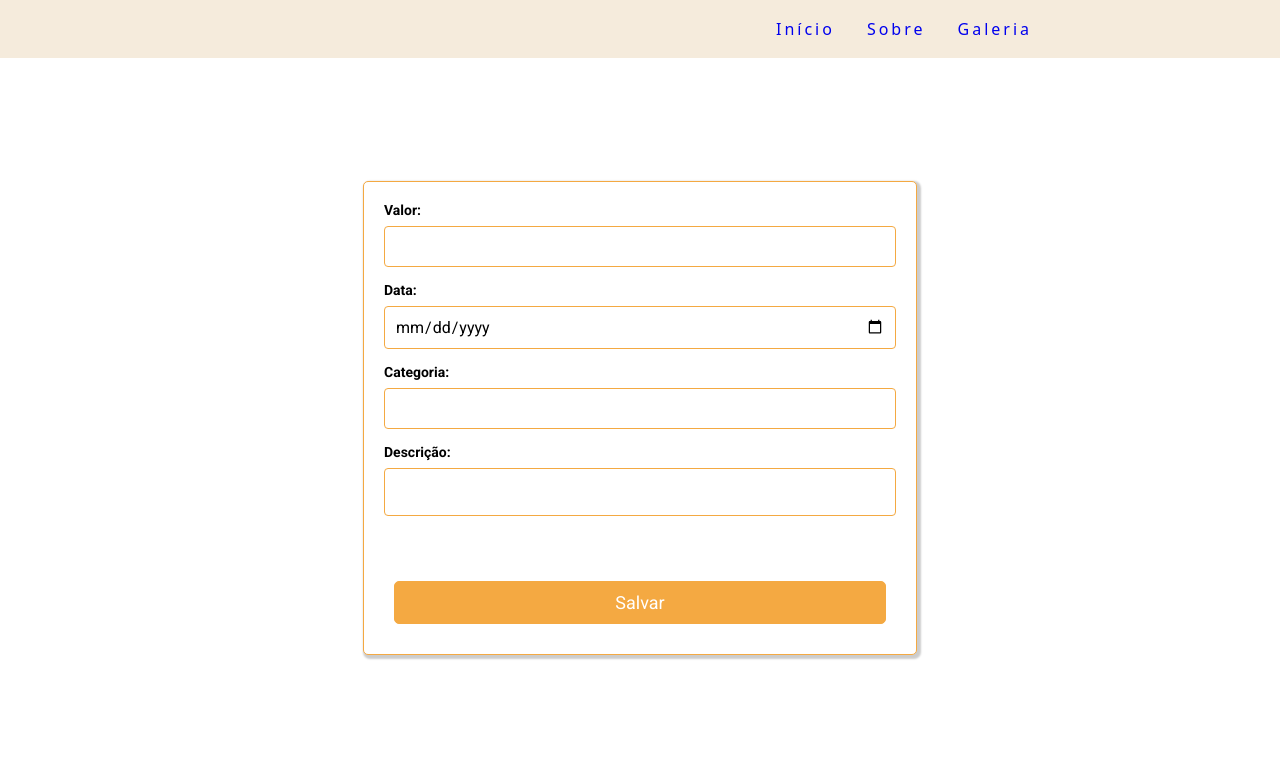
Repository: alexsanderkafka/java-servlets
Page: http://localhost/SaveMoney/cadastrarDespesa.jsp
An editor plug-in stored every save of this project. The page is shown before and after a run of saves, followed by the edit.
The browser window is 1280 px wide. The pictures show the whole page.
The page is served by Tomcat 9. Nobody is signed in. The application's start-up code is not run.

Above is the page before, as saved 2024-10-03 13:08:23.

After the next 2 saves:
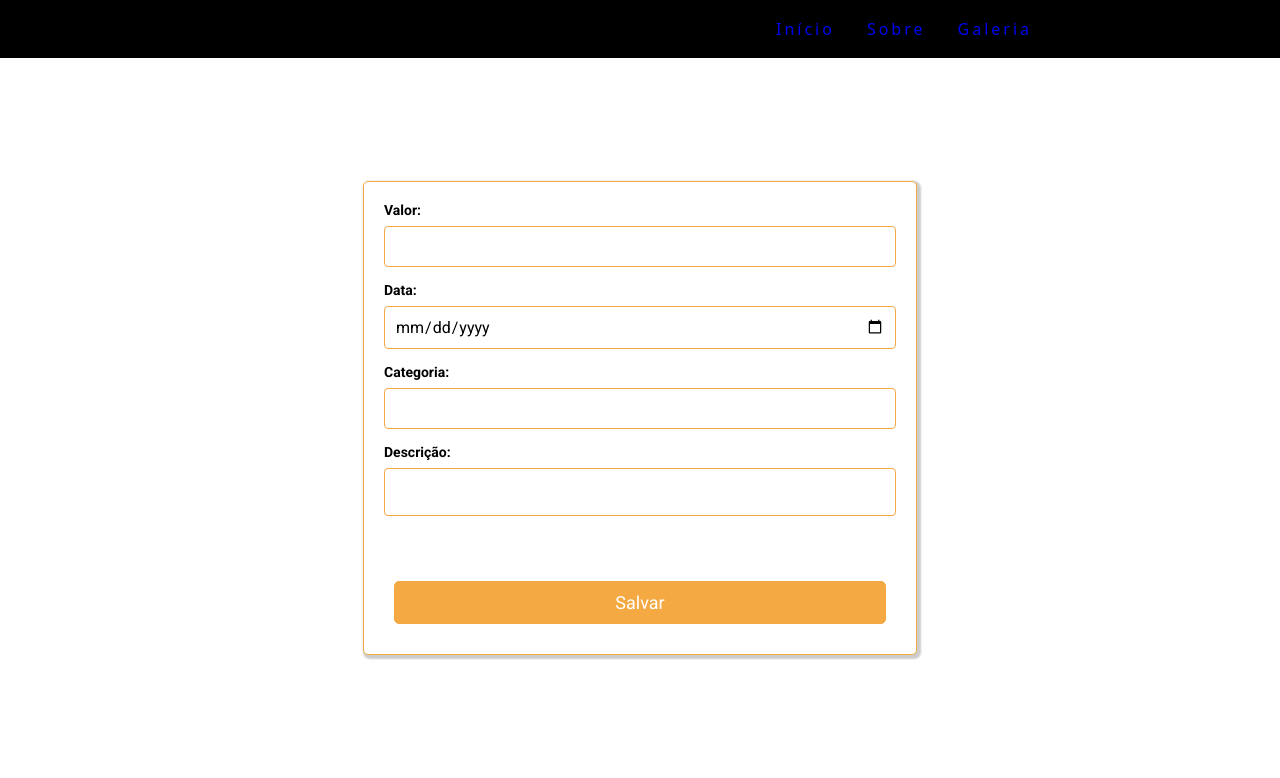
The 2 saves are shown as one change because they came seconds apart.
The last was saved 12 s later.
--- a/SaveMoney/src/main/webapp/styles/style.css
+++ b/SaveMoney/src/main/webapp/styles/style.css
@@ -30,7 +30,7 @@
     justify-content: space-around;
     align-items: center;
     font-family: system-ui, -apple-system, Helvetica, Arial, sans-serif;
-    background: #F5EBDC;
+    background: black;
     height: 8vh;
 }
 

After the save that followed:
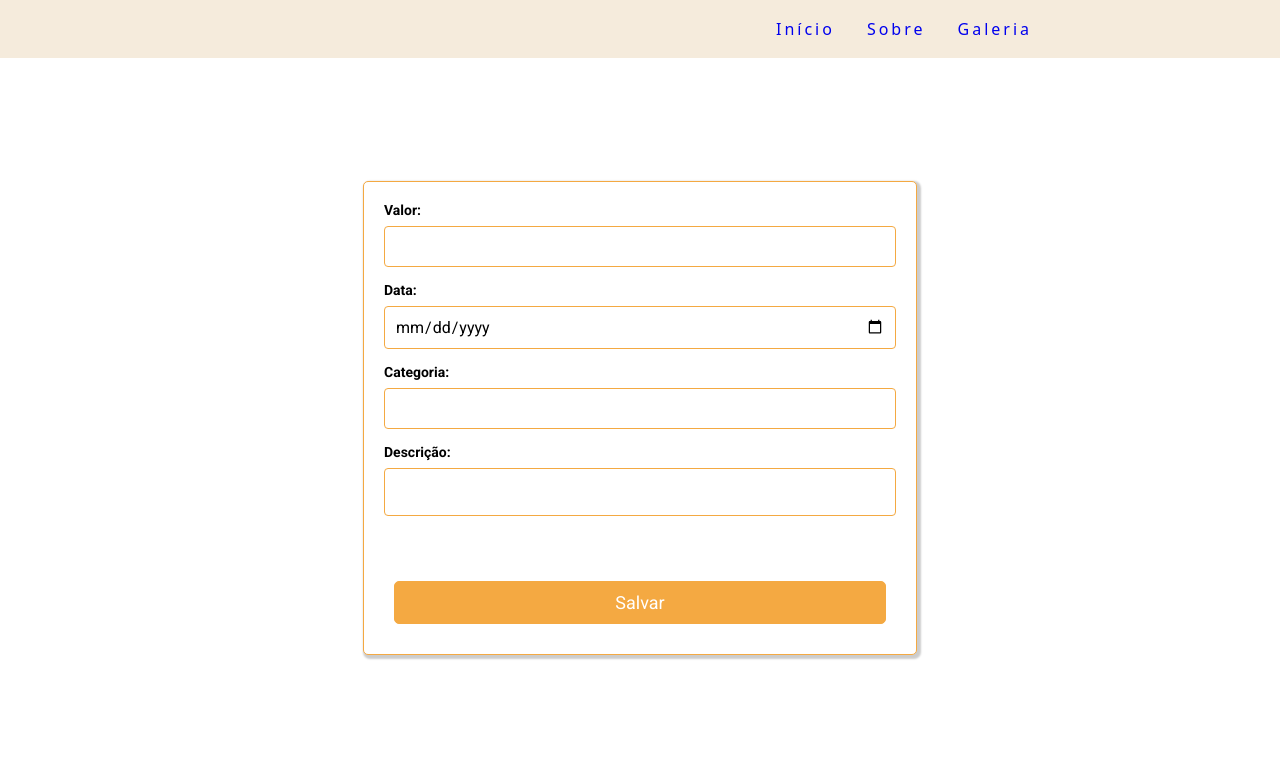
Saved 10 s later.
--- a/SaveMoney/src/main/webapp/styles/style.css
+++ b/SaveMoney/src/main/webapp/styles/style.css
@@ -30,7 +30,6 @@
     justify-content: space-around;
     align-items: center;
     font-family: system-ui, -apple-system, Helvetica, Arial, sans-serif;
-    background: black;
     height: 8vh;
 }
 
